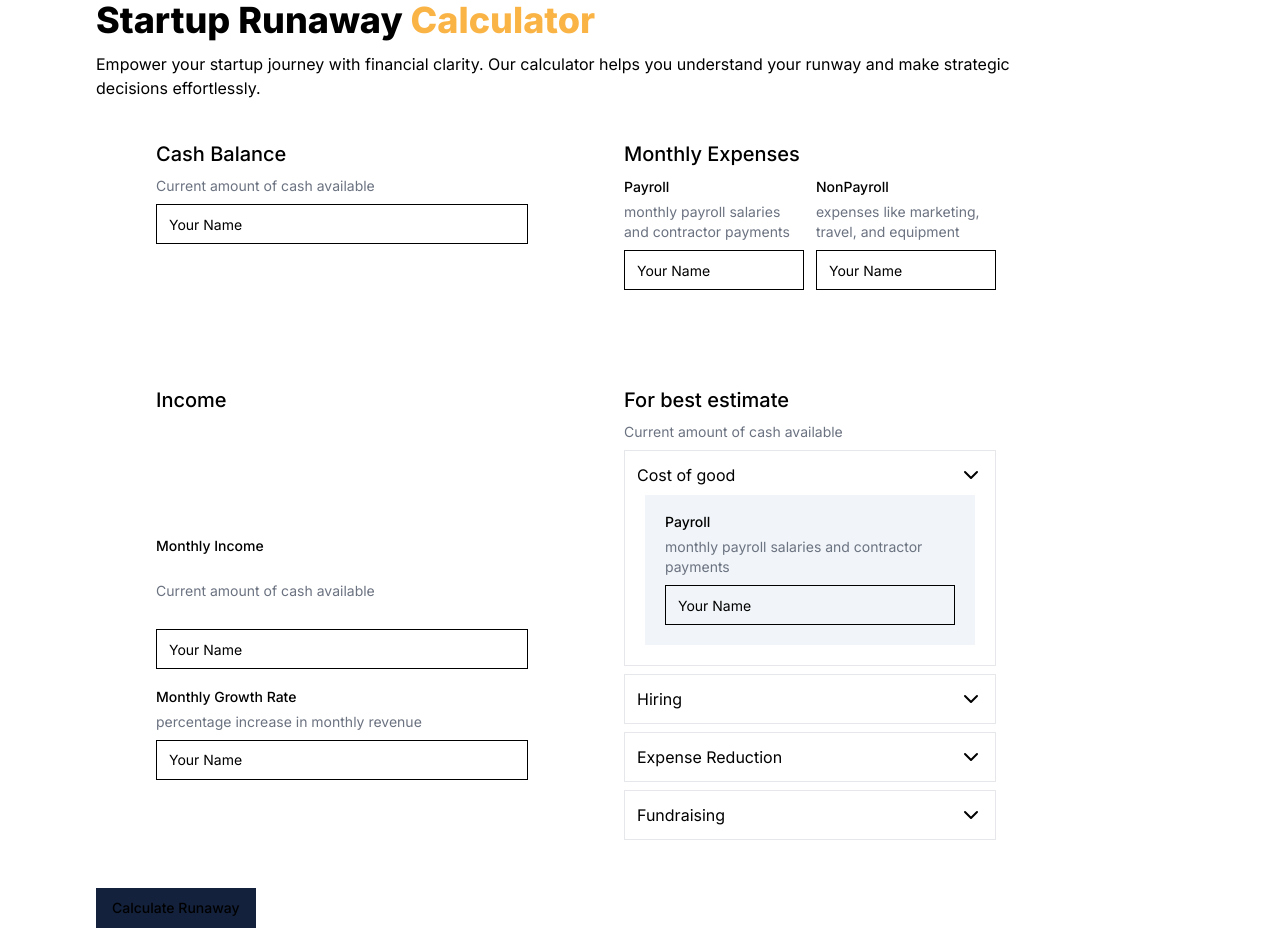
Repository: wossenF/startup-runaway-calculator
Page: /
These files come from the project's save history. The page is drawn as it stood at one moment and after the next save; the edit follows.
The browser window is 1280 px wide. The pictures show the whole page.
The project was rebuilt for these pictures with package versions that can differ from the ones it lists, and the page was loaded fresh each time. The framework's server and built-in components were replaced by stand-ins that run in the browser. Also part of the build but not shown: next.config.mjs.

Above is the page before, as saved 2024-04-08 13:59:43.

### src/app/page.tsx
import UserInput from "../components/UserInput";
import {Button} from '../components/ui/button'
export default function Home() {
  return (
    <main className="ml-24 w-3/4 mx-auto">
      <h1 className="font-extrabold text-4xl">Startup Runaway <span className="text-[#FAB446]">Calculator</span></h1>
      <p className="mx-auto max-w-screen-md lg:max-w-screen-lg xl:max-w-screen-xl p-3 pl-0">Empower your startup journey with financial clarity. Our calculator  helps you understand your runway and make strategic decisions  effortlessly.</p>
      <UserInput/>
      <Button className="mb-4">Calculate Runaway</Button>
    </main>
  );
}

### src/components/UserInput.tsx
"use client";
import { Input } from "./ui/input";
import { Label } from "./ui/label";
import { ChevronDown } from "lucide-react";
import {Button} from "./ui/button"
const UserInput = () => {
  return (
    <>
    <div className="container grid grid-cols-1 lg:grid-cols-2 gap-10 pb-5">
      <div className="bg-secondary/50 rounded-lg p-7  ">
        <form className="grid gap-2">
          <Label className="font-medium text-xl">Cash Balance</Label>
          <p className="text-gray-500 text-sm ">
            Current amount of cash available
          </p>
          <Input name="name" placeholder="Your Name" />
        </form>
      </div>

      <div className=" bg-secondary/50 rounded-lg p-7  grid gap-2">
        <Label className="font-medium text-xl">Monthly Expenses</Label>
        <div className="grid grid-cols-2 gap-3 pt-1">
          <div>
            <form className="grid gap-2">
              <Label className="">Payroll</Label>
              <p className="text-gray-500 text-sm ">
                monthly payroll salaries and contractor payments
              </p>
              <Input name="name" placeholder="Your Name" />
            </form>
          </div>
          <div>
            <form className="grid gap-2">
              <Label className="">NonPayroll</Label>
              <p className="text-gray-500 text-sm ">
                expenses like marketing, travel, and equipment
              </p>
              <Input name="name" placeholder="Your Name" />
            </form>
          </div>
        </div>
      </div>

      <div className=" bg-secondary/50 rounded-lg p-7 grid ">
        <Label className="font-medium text-xl">Income</Label>
        <div className="grid  pt-1">
            <form className="grid gap-2">
              <Label className="">Monthly Income</Label>
              <p className="text-gray-500 text-sm ">
                Current amount of cash available
              </p>
              <Input name="name" placeholder="Your Name" />
            </form>

          <div>
            <form className="grid gap-2">
              <Label className="">Monthly Growth Rate</Label>
              <p className="text-gray-500 text-sm ">
                percentage increase in monthly revenue
              </p>
              <Input name="name" placeholder="Your Name" />
            </form>
          </div>
        </div>
      </div>

      <div className="bg-secondary/50 rounded-lg p-7  ">
        <form className="grid gap-2">
          <Label className="font-medium text-xl">For best estimate</Label>
          <p className="text-gray-500 text-sm ">
            Current amount of cash available
          </p>
          <div className="p-3 gap-20 border rounded-md  ">
            <div className="flex justify-between ">
              <p>Cost of good </p>
              <ChevronDown />
            </div>

            <div className=" p-5 bg-slate-100 m-2">
            <form className="grid gap-2">
              <Label className="">Payroll</Label>
              <p className="text-gray-500 text-sm ">
                monthly payroll salaries and contractor payments
              </p>
              <Input name="name" placeholder="Your Name" />
            </form>
          </div>
          </div>
          <div className="flex justify-between p-3 gap-20 border rounded-md  ">
            <p>Hiring</p>
            <ChevronDown />
          </div>
          <div className="flex justify-between p-3 gap-20 border rounded-md  ">
            <p>Expense Reduction</p>
            <ChevronDown />
          </div>
          <div className="flex justify-between p-3 gap-20 border rounded-md  ">
            <p>Fundraising</p>
            <ChevronDown />
          </div>
        </form>
      </div>
    </div>

    </>
  );
};

export default UserInput;

### src/components/ui/button.tsx
import * as React from "react"
import { Slot } from "@radix-ui/react-slot"
import { cva, type VariantProps } from "class-variance-authority"

import { cn } from "@/lib/utils"

const buttonVariants = cva(
  "inline-flex items-center justify-center whitespace-nowrap text-sm font-medium ring-offset-background transition-colors focus-visible:outline-none focus-visible:ring-2 focus-visible:ring-ring focus-visible:ring-offset-2 disabled:pointer-events-none disabled:opacity-50",
  {
    variants: {
      variant: {
        default: "bg-[#13213C] text-primary-foreground hover:bg-primary/90",
        destructive:
          "bg-destructive text-destructive-foreground hover:bg-destructive/90",
        outline:
          "border border-input bg-background hover:bg-accent hover:text-accent-foreground",
        secondary:
          "bg-secondary text-secondary-foreground hover:bg-secondary/80",
        ghost: "hover:bg-accent hover:text-accent-foreground",
        link: "text-primary underline-offset-4 hover:underline",
      },
      size: {
        default: "h-10 px-4 py-2",
        sm: "h-9 rounded-md px-3",
        lg: "h-11 rounded-md px-8",
        icon: "h-10 w-10",
      },
    },
    defaultVariants: {
      variant: "default",
      size: "default",
    },
  }
)

export interface ButtonProps
  extends React.ButtonHTMLAttributes<HTMLButtonElement>,
    VariantProps<typeof buttonVariants> {
  asChild?: boolean
}

const Button = React.forwardRef<HTMLButtonElement, ButtonProps>(
  ({ className, variant, size, asChild = false, ...props }, ref) => {
    const Comp = asChild ? Slot : "button"
    return (
      <Comp
        className={cn(buttonVariants({ variant, size, className }))}
        ref={ref}
        {...props}
      />
    )
  }
)
Button.displayName = "Button"

export { Button, buttonVariants }

### src/components/ui/input.tsx
import * as React from "react"

import { cn } from "@/lib/utils"

export interface InputProps
  extends React.InputHTMLAttributes<HTMLInputElement> {}

const Input = React.forwardRef<HTMLInputElement, InputProps>(
  ({ className, type, ...props }, ref) => {
    return (
      <input
        type={type}
        className={cn(
          "flex h-10 w-full rounded-md border border-input bg-background px-3 py-2 text-sm ring-offset-background file:border-0 file:bg-transparent file:text-sm file:font-medium placeholder:text-muted-foreground focus-visible:outline-none focus-visible:ring-2 focus-visible:ring-ring focus-visible:ring-offset-2 disabled:cursor-not-allowed disabled:opacity-50",
          className
        )}
        ref={ref}
        {...props}
      />
    )
  }
)
Input.displayName = "Input"

export { Input }

### src/components/ui/label.tsx
"use client"

import * as React from "react"
import * as LabelPrimitive from "@radix-ui/react-label"
import { cva, type VariantProps } from "class-variance-authority"

import { cn } from "@/lib/utils"

const labelVariants = cva(
  "text-sm font-medium leading-none peer-disabled:cursor-not-allowed peer-disabled:opacity-70"
)

const Label = React.forwardRef<
  React.ElementRef<typeof LabelPrimitive.Root>,
  React.ComponentPropsWithoutRef<typeof LabelPrimitive.Root> &
    VariantProps<typeof labelVariants>
>(({ className, ...props }, ref) => (
  <LabelPrimitive.Root
    ref={ref}
    className={cn(labelVariants(), className)}
    {...props}
  />
))
Label.displayName = LabelPrimitive.Root.displayName

export { Label }

Loaded but not shown: src/app/layout.tsx (common file); src/app/globals.css (common file); src/lib/utils.ts (common file); tailwind.config.ts (common file)

After the next save:
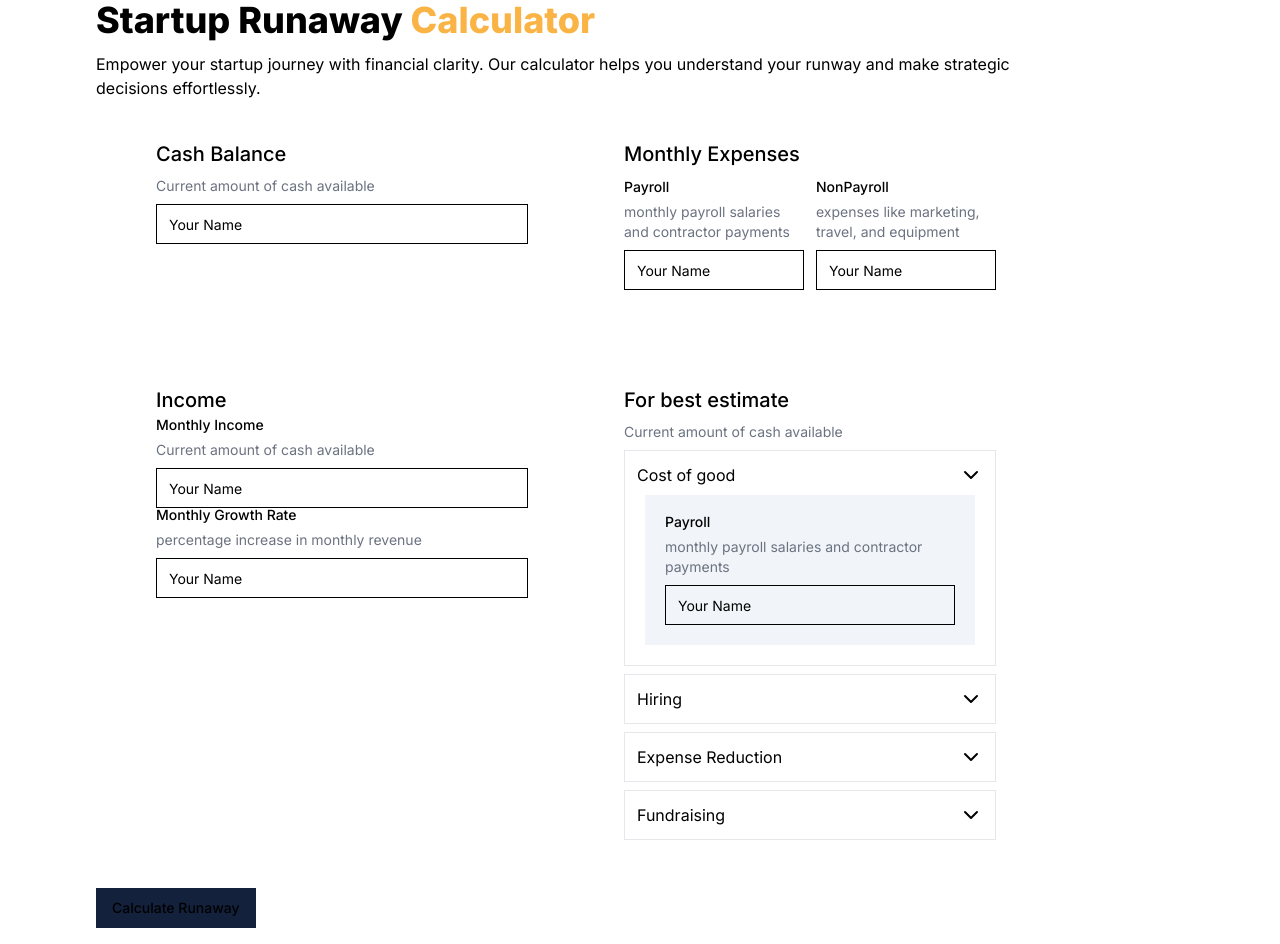
Saved 26 s later.
--- a/src/components/UserInput.tsx
+++ b/src/components/UserInput.tsx
@@ -41,7 +41,7 @@ const UserInput = () => {
         </div>
       </div>
 
-      <div className=" bg-secondary/50 rounded-lg p-7 grid ">
+      <div className=" bg-secondary/50 rounded-lg p-7 ">
         <Label className="font-medium text-xl">Income</Label>
         <div className="grid  pt-1">
             <form className="grid gap-2">
